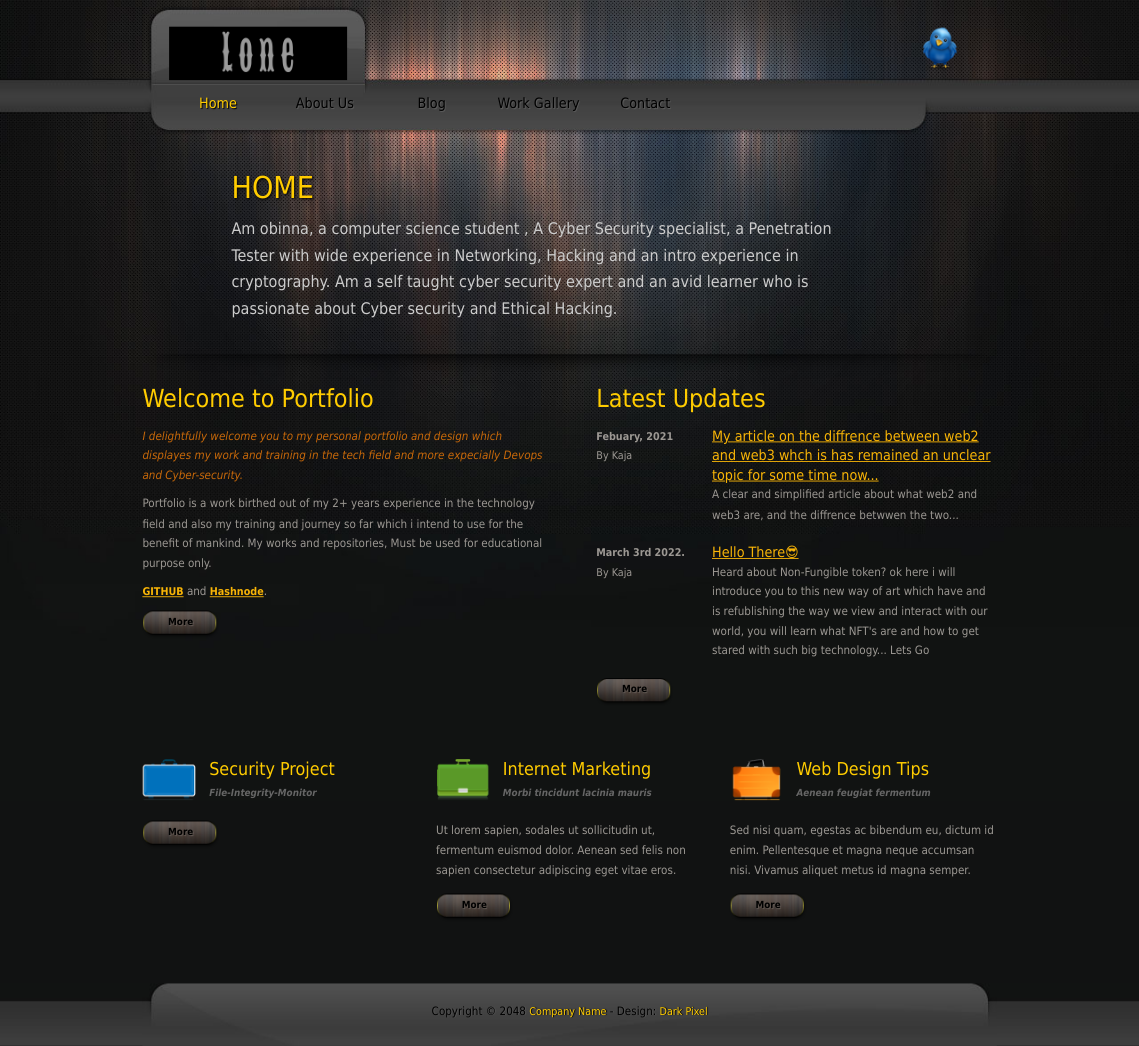
Repository: xenacode-art/Portfolio
Page: 2020_dark_pixel/index.html
The author's editor kept a copy of each file at every save. The page is drawn from the files as they stood at one save, then again after the next save.
The browser window is 1280 px wide. The pictures show the whole page, at 89% of full size.
Pictures or frames that could not be fetched are drawn as grey boxes.

Above is the page before, as saved 2022-03-07 22:30:38.

After the next save:
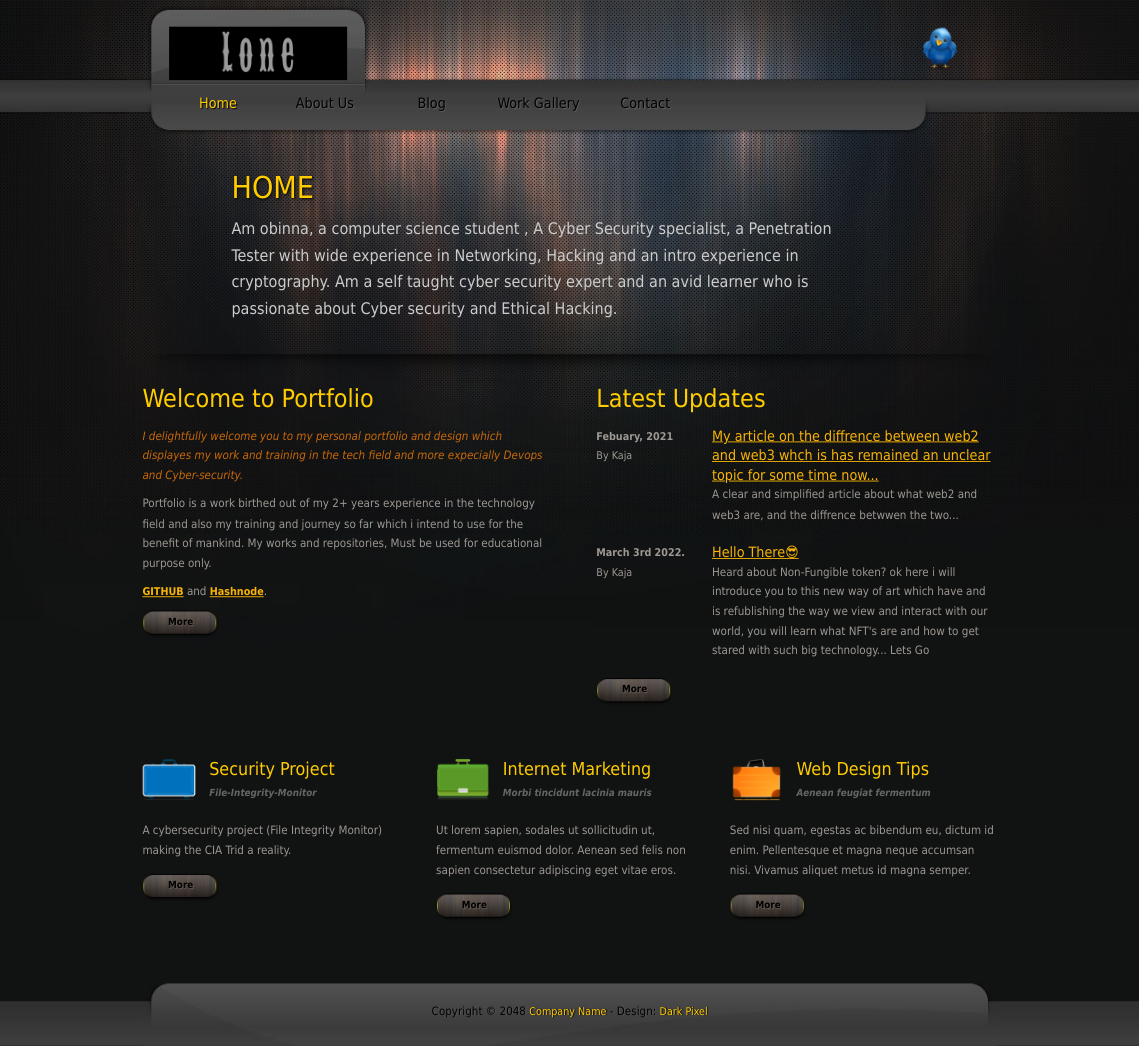
Saved 71 s later.
--- a/2020_dark_pixel/index.html
+++ b/2020_dark_pixel/index.html
@@ -95,7 +95,7 @@
                     <img src="images/tooplate_bc_blue.png" alt="Image" />
                     <h2>Security Project</h2>
                     <span class="tagline">File-Integrity-Monitor</span>
-                    <p></p>
+                    <p>A cybersecurity project (File Integrity Monitor) making the CIA Trid a reality.</p>
                     <a class="more" href="https://github.com/xenacode-art/File-Integrity-Monitor">More</a>
                 </div>
 
